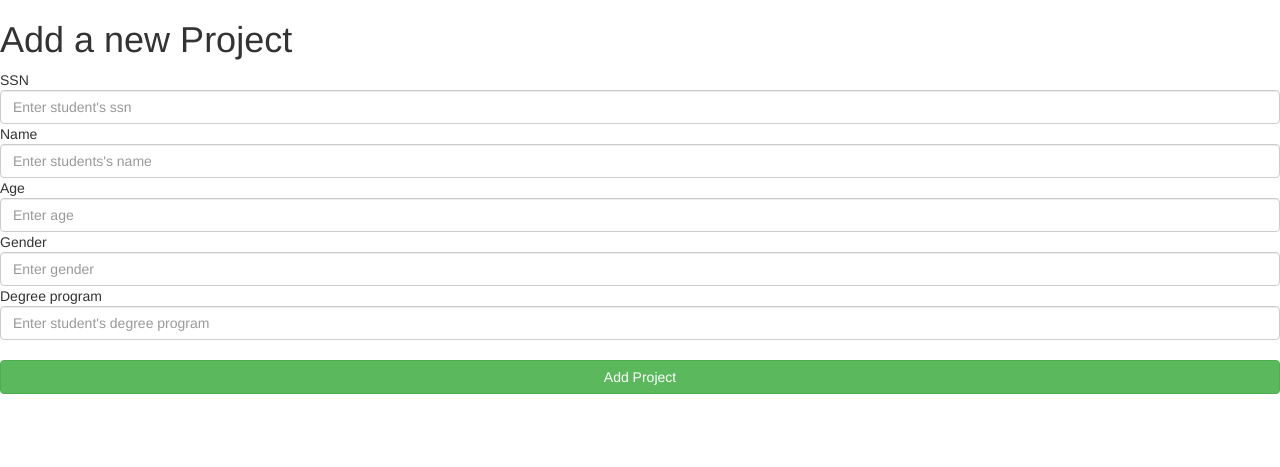
Repository: cpham19/DatabaseSite
Page: http://localhost/database/AddStudent.jsp
These files come from the project's save history. The page is drawn as it stood at one moment and after the next save; the edit follows.
The browser window is 1280 px wide. The pictures show the whole page.
The page is served by Tomcat 9.

Above is the page before, as saved 2017-07-30 04:52:12.

After the next save:
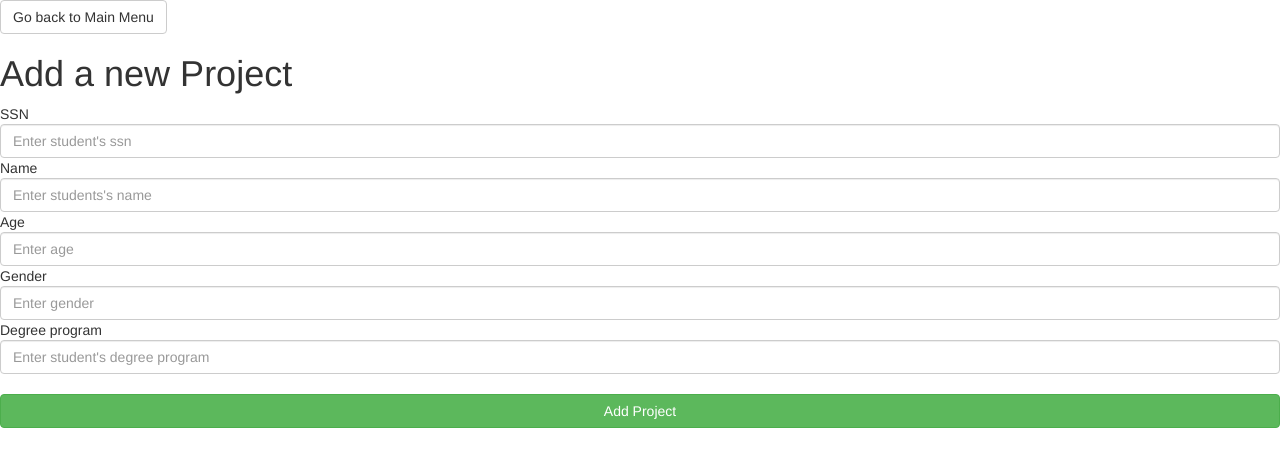
Saved 9 min 48 s later.
--- a/database/src/main/webapp/AddStudent.jsp
+++ b/database/src/main/webapp/AddStudent.jsp
@@ -9,6 +9,7 @@
 	<link rel="stylesheet" href="https://maxcdn.bootstrapcdn.com/bootstrap/3.3.7/css/bootstrap.min.css" integrity="sha384-BVYiiSIFeK1dGmJRAkycuHAHRg32OmUcww7on3RYdg4Va+PmSTsz/K68vbdEjh4u" crossorigin="anonymous">
 </head>
 <body>
+ 	<a href="Table" class="btn btn-default" role="button">Go back to Main Menu</a><br/>
 	<h1>Add a new Project</h1>
 	<form action="AddStudent" method="post">
 		SSN <input type="text" class="form-control" id="ssn" name="ssn" placeholder="Enter student's ssn">
